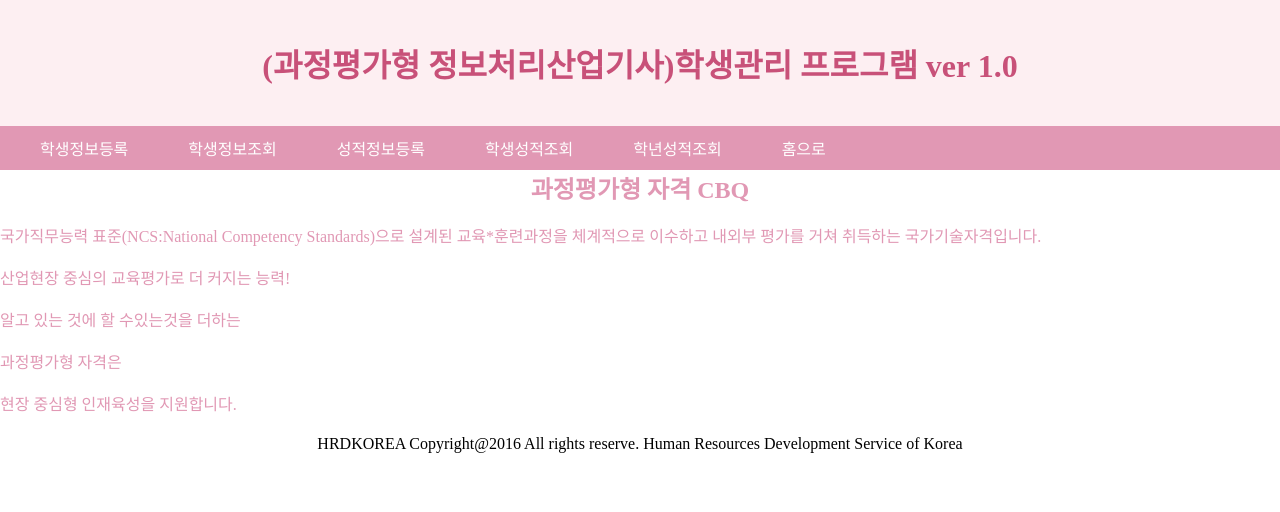
Repository: SeolhwaPark/JSL40_HRDKOREA
Page: http://localhost/HRD_0428_02/
The author's editor kept a copy of each file at every save. The page is drawn from the files as they stood at one save, then again after the next save.
The browser window is 1280 px wide. The pictures show the whole page.
The page is served by Tomcat 9.

Above is the page before, as saved 2020-04-29 03:58:38.

After the next save:
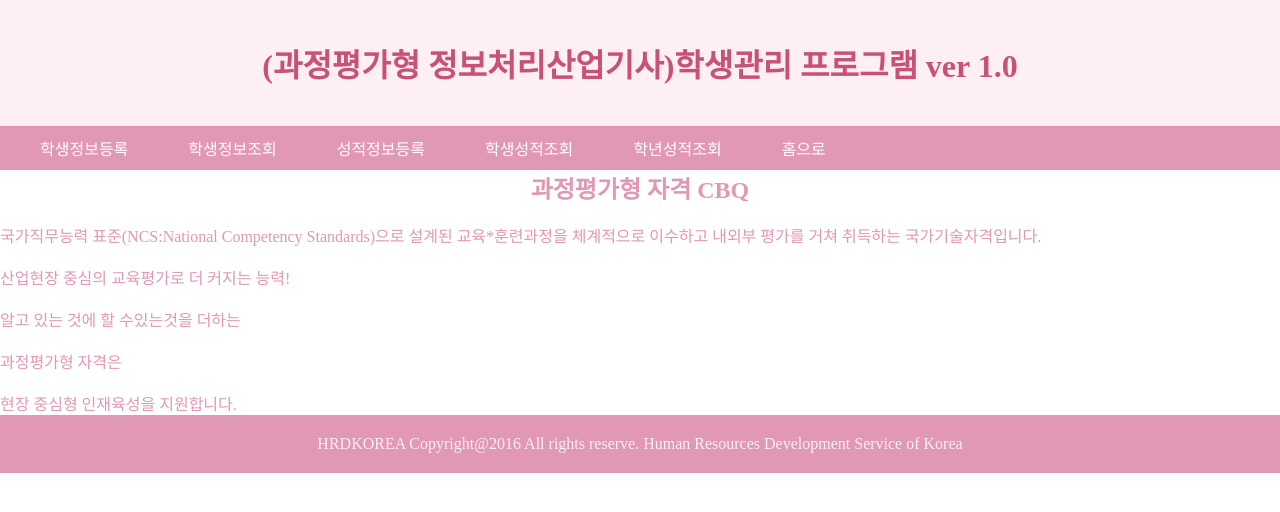
Saved 36 s later.
--- a/HRD_0428_02/WebContent/index.jsp
+++ b/HRD_0428_02/WebContent/index.jsp
@@ -24,8 +24,8 @@ a{padding:20px;text-decoration:none; color:#fff}
 .content table th, td{text-align:center;color:#fdeff2; border: 1px solid #e198b4}
 .btn_group{text-align:center;}
 
-.footer{padding:20px 0;}
-.footer p{text-align:center;}
+.footer{padding:20px 0;background-color:#e198b4}
+.footer p{text-align:center;color:#fdeff2;}
 </style>
 <script type="text/javascript">
 
